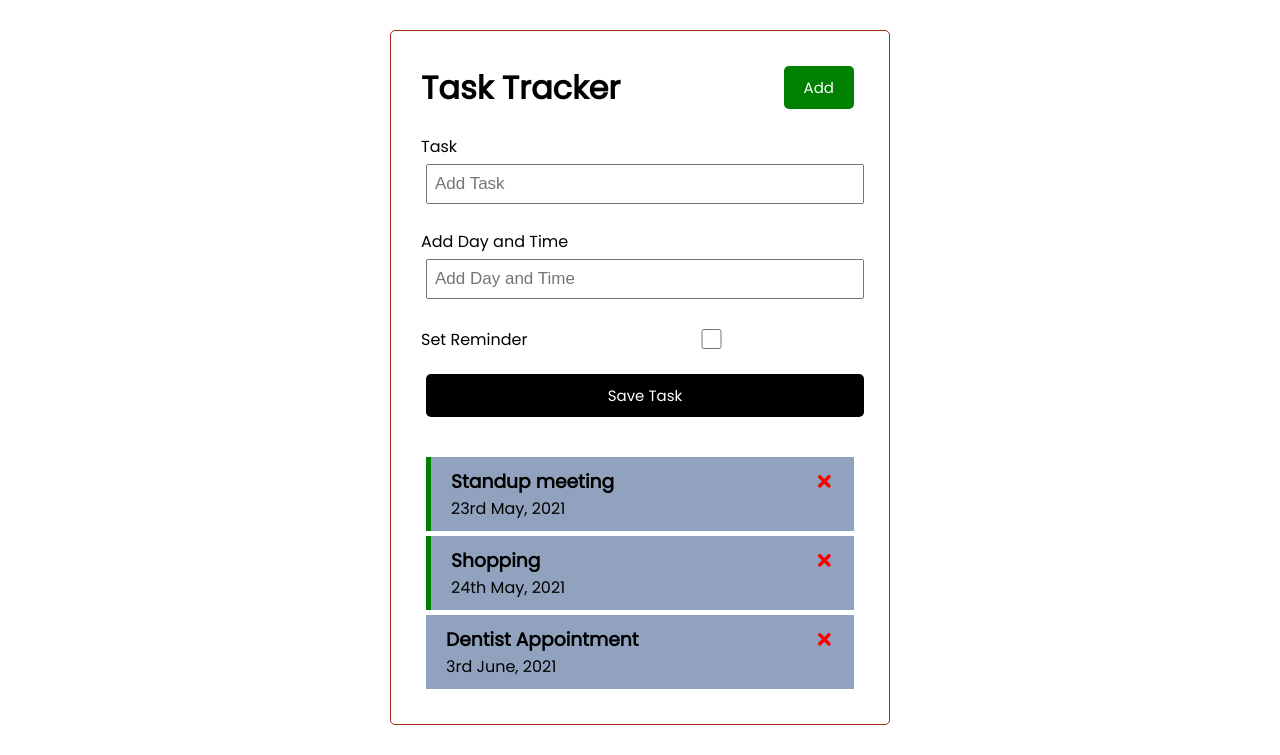
Repository: NIMRAH97/React-Strap-Test
Page: /
These files come from the project's save history. The page is drawn as it stood at one moment and after the next save; the edit follows.
The browser window is 1280 px wide. The pictures show the whole page.
The project was rebuilt for these pictures with package versions that can differ from the ones it lists, and the page was loaded fresh each time.

Above is the page before, as saved 2021-05-22 22:25:56.

After the next save:
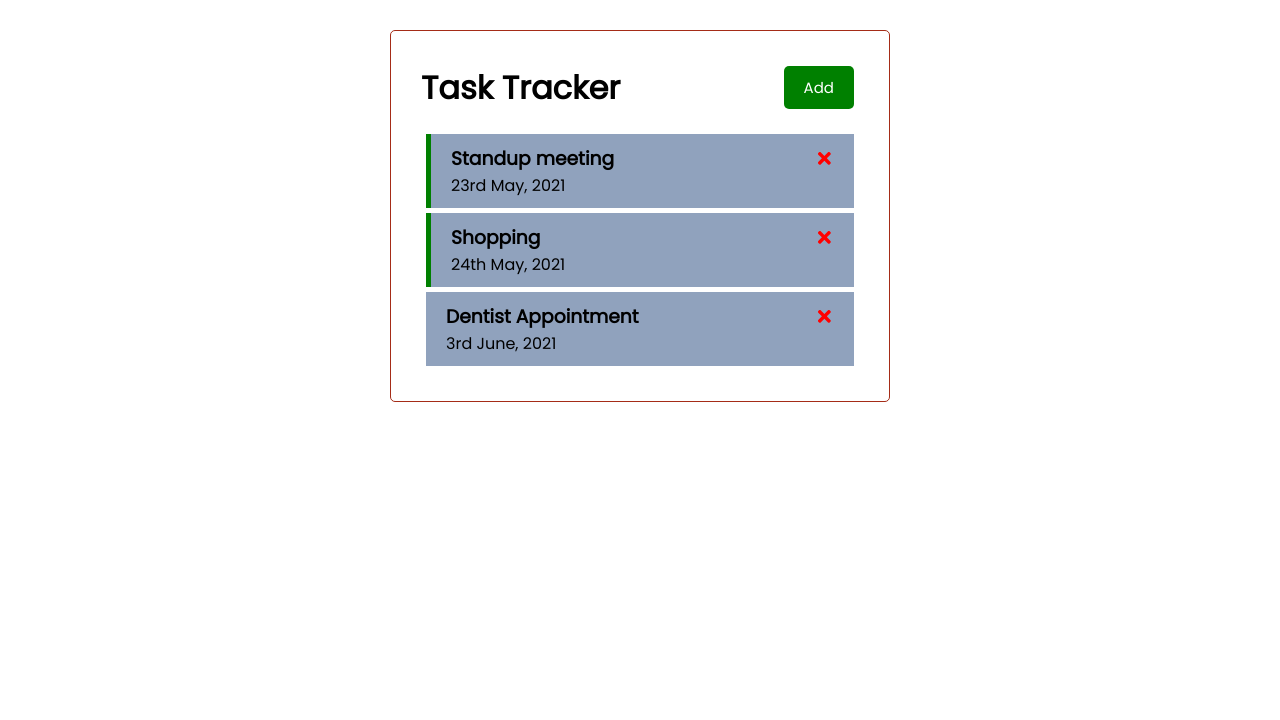
Saved 47 s later.
--- a/src/App.js
+++ b/src/App.js
@@ -49,7 +49,7 @@ const App = () => {
   return (
     <div className='container'>
       <Header />
-      <AddTask onAdd={addTask} />
+      {showAddTask && <AddTask onAdd={addTask} />}
       {tasks.length > 0 ? (<Tasks tasks={tasks} onDelete={deleteTask} onToggle={toggleReminder} />) :
         ('No tasks to show')}
 
